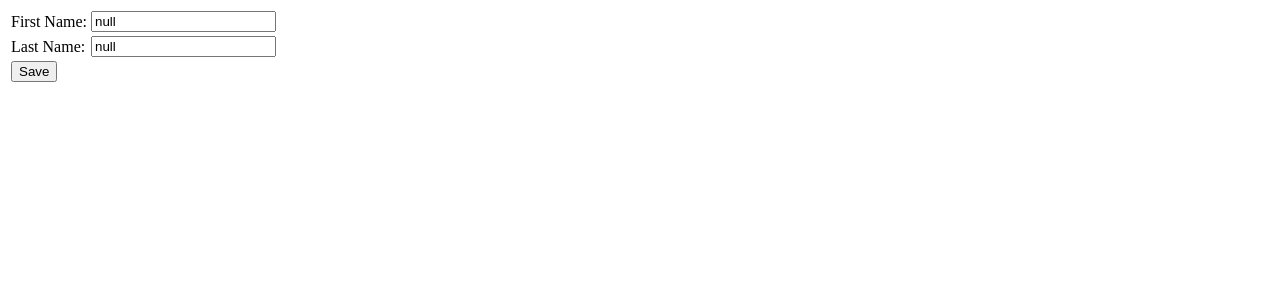
Repository: zshafi01/LearnerAcadamy
Page: http://localhost/LearnerAcadamy/Instructor.jsp
An editor plug-in stored every save of this project. The page is shown before and after the next save, followed by the edit.
The browser window is 1280 px wide. The pictures show the whole page.
The page is served by Tomcat 9.

Above is the page before, as saved 2021-02-06 21:13:10.

After the next save:
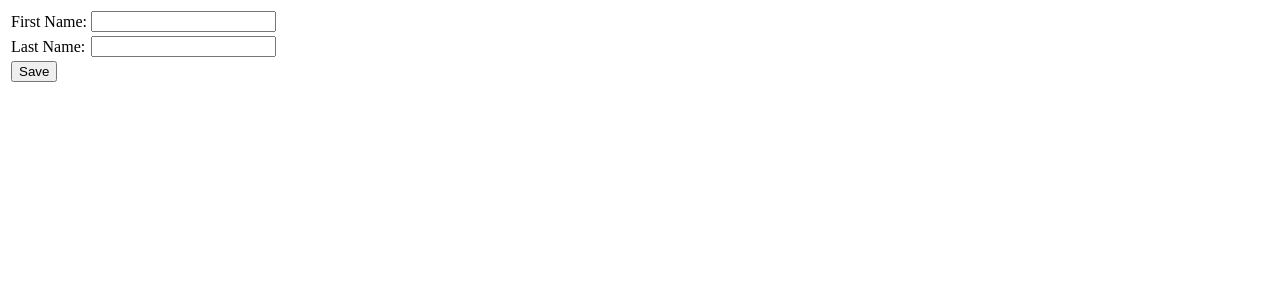
Saved 113 s later.
--- a/LearnerAcadamy/WebContent/Instructor.jsp
+++ b/LearnerAcadamy/WebContent/Instructor.jsp
@@ -10,39 +10,18 @@
 </head>
 <body>
 <form  method="post" action="instructorHandler">
-<%
-String command = request.getParameter("command");
-Instructor instructor=new Instructor();
-if(command!=null){
-	String id = request.getParameter("id");
-	InstructorRepository instructorReposetory = new InstructorRepository();
-	instructor=instructorReposetory.getById(Integer.parseInt(id));
-}
-%>
+
 <table>
 <tr>
-<td>First Name:</td><td> <input type="text" name="fname" value=<%=instructor.getFname() %>></td>
+<td>First Name:</td><td> <input type="text" name="fname" ></td>
 </tr>
 <tr>
-<td>Last Name:</td><td> <input type="text" name="lname" value=<%=instructor.getLname() %>></td>
+<td>Last Name:</td><td> <input type="text" name="lname" ></td>
 </tr>
 <tr>
 
-
 <td>
-<%
-if(command!=null && "edit".equalsIgnoreCase(command)) {
-%>
-<input type="submit" value="Edit">
-<%
-} else if(command!=null && "delete".equalsIgnoreCase(command)) {
-%>
-<input type="submit" value="Delete">
-<%
-}else{
-%>
 <input type="submit" value="Save">
-<%}%>
 </td>
 </tr>
 </table>
